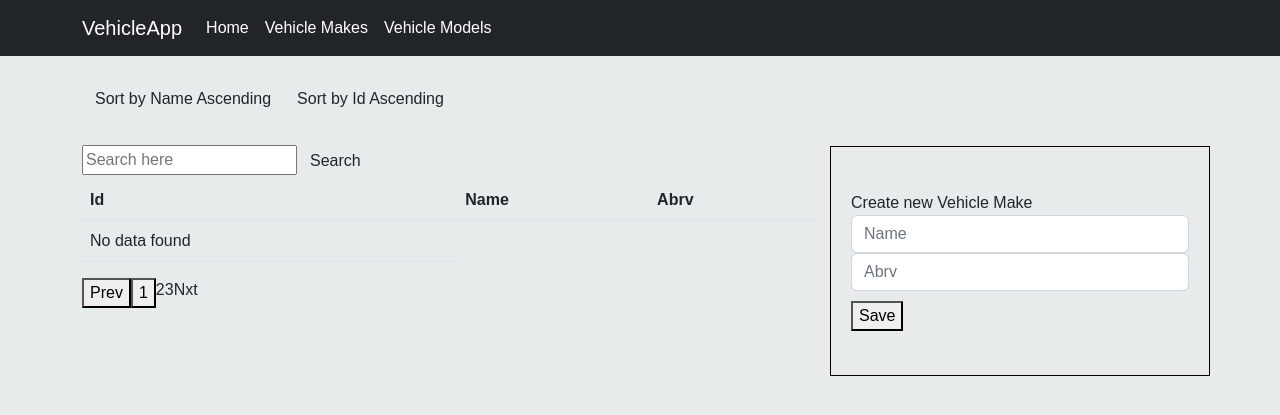
Repository: magdalenarajic/VehicleFrontend
Page: /Makes
An editor plug-in stored every save of this project. The page is shown before and after the next save, followed by the edit.
The browser window is 1280 px wide. The pictures show the whole page.
The page's requests for data from a server got no answer. The project was rebuilt for these pictures with package versions that can differ from the ones it lists, and the page was loaded fresh each time. No one was signed in, and anything a server would have sent is missing. Also part of the build but not shown: src/components/Home.js, src/services/modelService.js, src/stores/modelStore.js, src/components/VehicleModel.js.

Above is the page before, as saved 2023-03-11 09:47:09.

After the next save:
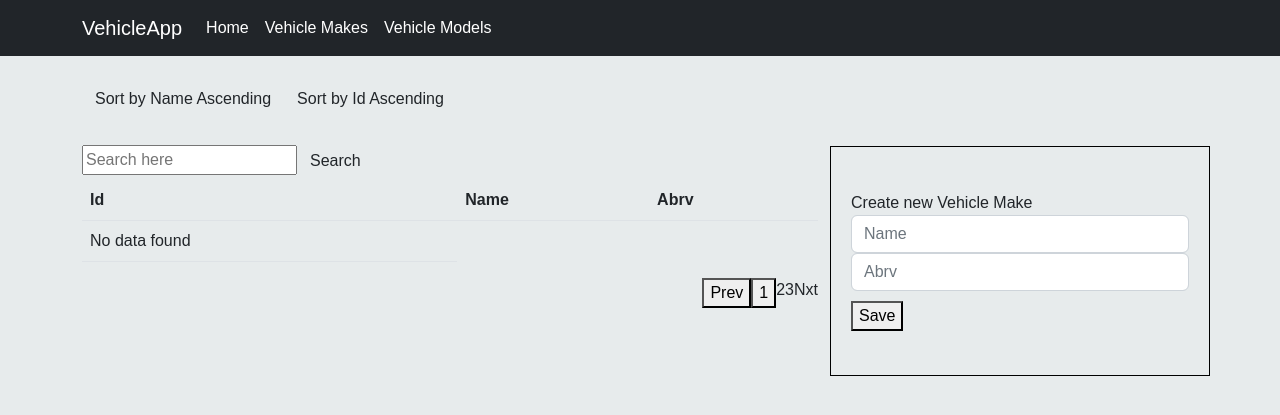
Saved 74 s later.
--- a/src/components/VehicleMake.js
+++ b/src/components/VehicleMake.js
@@ -159,7 +159,7 @@ const MakeList = () => {
                 </Table>
                 <Col>
                 <nav>
-  <ul class="pagination">
+  <ul class="pagination justify-content-end">
     <li class="page-item"> <button> Prev </button> </li>
     <li class="page-item"><button> 1 </button></li>
     <li class="page-item">2</li>
